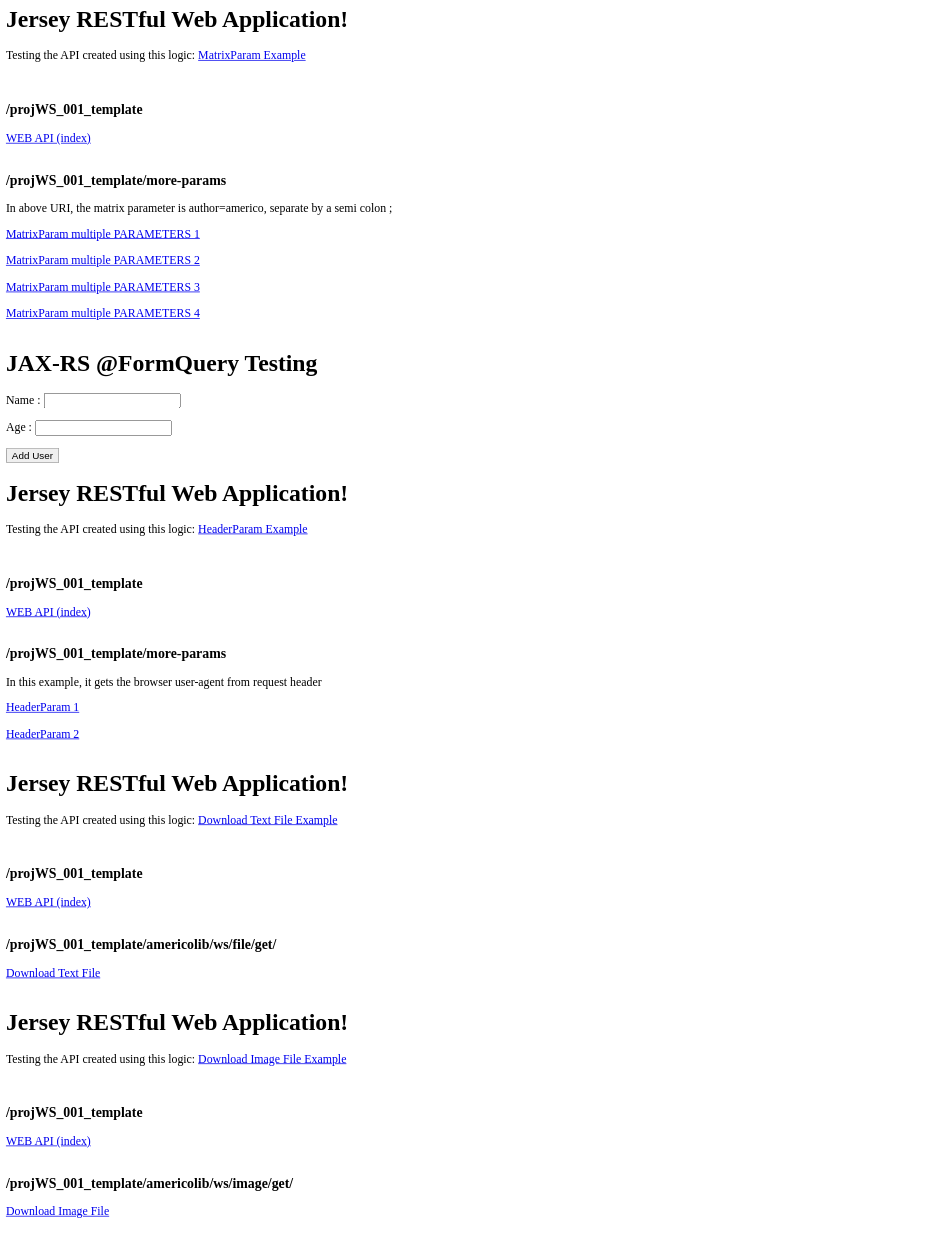
Repository: atafs/BackEnd_JAX-RS_REST_2continue
Page: http://localhost/projWS_001_template/
The author's editor kept a copy of each file at every save. The page is drawn from the files as they stood at one save, then again after the next save.
The browser window is 1280 px wide. The pictures show the whole page, at 74% of full size.
The page is served by Tomcat 9. Other server files are loaded and not shown.

Above is the page before, as saved 2016-05-03 10:10:07.

### projWS_001_template/src/main/webapp/index.jsp
<html>
<body>
	<!-- JAX-RS @MatrixParam example ######################################## -->
    <!-- TITLE -->
	<h1>Jersey RESTful Web Application!</h1>

	<!-- TXT -->
	<p>Testing the API created using this logic:
		<a href="http://www.mkyong.com/webservices/jax-rs/jax-rs-matrixparam-example/">MatrixParam Example</a>
	</p><br/>

	<!-- LINKS -->
	<h3>/projWS_001_template</h3>
	<a href="http://localhost:8085/projWS_001_template/">WEB API (index)</a><br/><br/>

	<h3>/projWS_001_template/more-params</h3>
	<p>In above URI, the matrix parameter is author=americo, separate by a semi colon ;</p>
	<a href="http://localhost:8085/projWS_001_template/americolib/ws/2011/">MatrixParam multiple PARAMETERS 1</a><br/><br/>
	<a href="http://localhost:8085/projWS_001_template/americolib/ws/2011;author=americo">MatrixParam multiple PARAMETERS 2</a><br/><br/>
	<a href="http://localhost:8085/projWS_001_template/americolib/ws/2011;author=tomas;country=portugal">MatrixParam multiple PARAMETERS 3</a><br/><br/>
	<a href="http://localhost:8085/projWS_001_template/americolib/ws/2011;country=malaysia;author=ana">MatrixParam multiple PARAMETERS 4</a><br/><br/>

    <!-- JAX-RS @FormParam example ######################################## -->
    <!-- FORM: binding between html and java classes -->
    <h1>JAX-RS @FormQuery Testing</h1>

	<form action="americolib/ws/add" method="post">
		<p>
			Name : <input type="text" name="name" />
		</p>
		<p>
			Age : <input type="text" name="age" />
		</p>
		<input type="submit" value="Add User" />
	</form>

    <!-- Get HTTP header in JAX-RS ######################################## -->
    <!-- TITLE -->
	<h1>Jersey RESTful Web Application!</h1>

	<!-- TXT -->
	<p>Testing the API created using this logic:
		<a href="http://www.mkyong.com/webservices/jax-rs/get-http-header-in-jax-rs/">HeaderParam  Example</a>
	</p><br/>

	<!-- LINKS -->
	<h3>/projWS_001_template</h3>
	<a href="http://localhost:8085/projWS_001_template/">WEB API (index)</a><br/><br/>

	<h3>/projWS_001_template/more-params</h3>
	<p>In this example, it gets the browser user-agent from request header</p>
	<a href="http://localhost:8085/projWS_001_template/americolib/ws/get1/">HeaderParam 1</a><br/><br/>
	<a href="http://localhost:8085/projWS_001_template/americolib/ws/get2/">HeaderParam 2</a><br/><br/>

  	<!-- Download text file from JAX-RS ######################################## -->
    <!-- TITLE -->
	<h1>Jersey RESTful Web Application!</h1>

	<!-- TXT -->
	<p>Testing the API created using this logic:
		<a href="http://www.mkyong.com/webservices/jax-rs/download-text-file-from-jax-rs/">Download Text File Example</a>
	</p><br/>

	<!-- LINKS -->
	<h3>/projWS_001_template</h3>
	<a href="http://localhost:8085/projWS_001_template/">WEB API (index)</a><br/><br/>

	<h3>/projWS_001_template/americolib/ws/file/get/</h3>
	<a href="http://localhost:8085/projWS_001_template/americolib/ws/file/get">Download Text File</a><br/><br/>

	<!-- Download image file from JAX-RS ######################################## -->
    <!-- TITLE -->
	<h1>Jersey RESTful Web Application!</h1>

	<!-- TXT -->
	<p>Testing the API created using this logic:
		<a href="http://www.mkyong.com/webservices/jax-rs/download-image-file-from-jax-rs/">Download Image File Example</a>
	</p><br/>

	<!-- LINKS -->
	<h3>/projWS_001_template</h3>
	<a href="http://localhost:8085/projWS_001_template/">WEB API (index)</a><br/><br/>

	<h3>/projWS_001_template/americolib/ws/image/get/</h3>
	<a href="http://localhost:8085/projWS_001_template/americolib/ws/image/get">Download Image File</a><br/><br/>



</body>
</html>

After the next save:
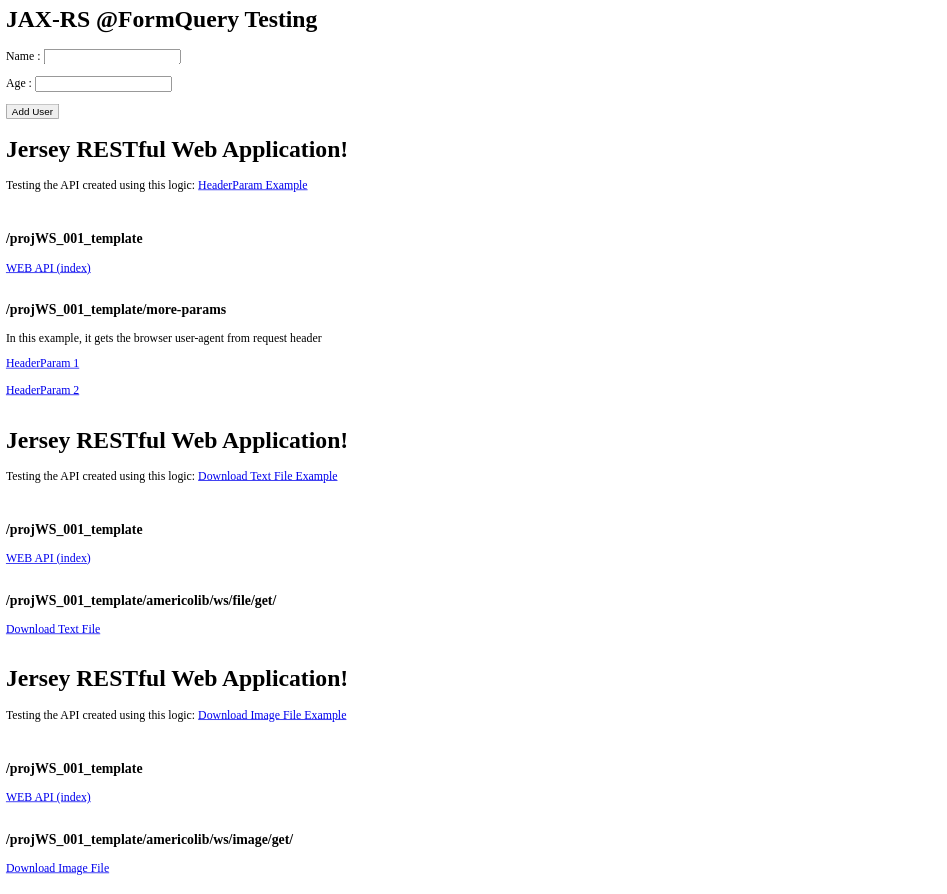
Saved 26 s later.
--- a/projWS_001_template/src/main/webapp/index.jsp
+++ b/projWS_001_template/src/main/webapp/index.jsp
@@ -1,24 +1,5 @@
 <html>
 <body>
-	<!-- JAX-RS @MatrixParam example ######################################## -->
-    <!-- TITLE -->
-	<h1>Jersey RESTful Web Application!</h1>
-
-	<!-- TXT -->
-	<p>Testing the API created using this logic:
-		<a href="http://www.mkyong.com/webservices/jax-rs/jax-rs-matrixparam-example/">MatrixParam Example</a>
-	</p><br/>
-
-	<!-- LINKS -->
-	<h3>/projWS_001_template</h3>
-	<a href="http://localhost:8085/projWS_001_template/">WEB API (index)</a><br/><br/>
-
-	<h3>/projWS_001_template/more-params</h3>
-	<p>In above URI, the matrix parameter is author=americo, separate by a semi colon ;</p>
-	<a href="http://localhost:8085/projWS_001_template/americolib/ws/2011/">MatrixParam multiple PARAMETERS 1</a><br/><br/>
-	<a href="http://localhost:8085/projWS_001_template/americolib/ws/2011;author=americo">MatrixParam multiple PARAMETERS 2</a><br/><br/>
-	<a href="http://localhost:8085/projWS_001_template/americolib/ws/2011;author=tomas;country=portugal">MatrixParam multiple PARAMETERS 3</a><br/><br/>
-	<a href="http://localhost:8085/projWS_001_template/americolib/ws/2011;country=malaysia;author=ana">MatrixParam multiple PARAMETERS 4</a><br/><br/>
 
     <!-- JAX-RS @FormParam example ######################################## -->
     <!-- FORM: binding between html and java classes -->
